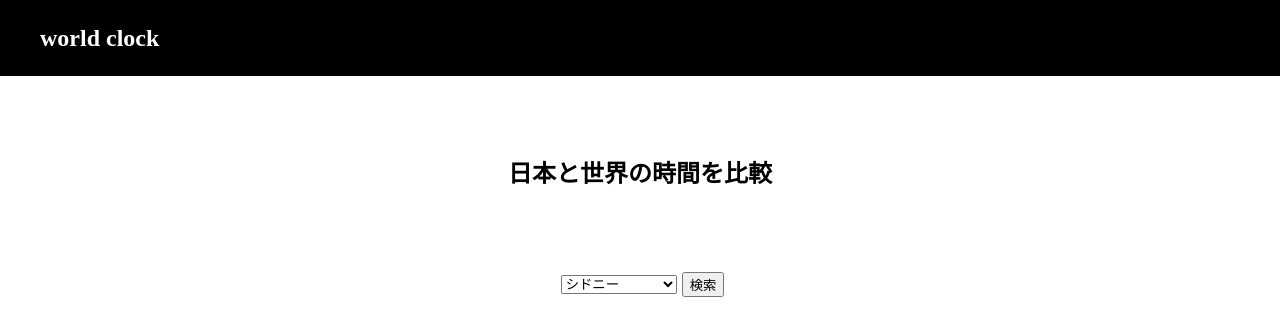
Repository: kay4300/php05-test
Page: http://localhost/
The author's editor kept a copy of each file at every save. The page is drawn from the files as they stood at one save, then again after the next save.
The browser window is 1280 px wide. The pictures show the whole page.
The page is run by PHP 8.4 with error messages shown; the project is at /var/www/html/.

Above is the page before, as saved 2025-08-15 13:37:26.

### src/php02/index.php
<!DOCTYPE html>
<html lang="en">

<head>
    <meta charset="UTF-8">
    <meta http-equiv="X-UA-Compatible" content="IE=edge">
    <meta name="viewport" content="width=device-width, initial-scale=1.0">
    <title>Document</title>
    <link rel="stylesheet" href="css/sanitize.css">
    <link rel="stylesheet" href="css/common.css">
    <link rel="stylesheet" href="css/index.css">
</head>

<body>
    <header class="header">
        <div class="header_inner">
            <a class="header_logo" href="/php02/index.php">
                world clock
            </a>
        </div>
    </header>

    <main>
        <div class="search-form_content">
            <h2 class="search-form_content-title">日本と世界の時間を比較</h2>
        </div>
        <form class="search-form" action="result.php" method="GET">
               <div class="search-form_item">
                   <select class="search-form_item-select" name="city">
                        <option value="シドニー">シドニー</option>
                        <option value="上海">上海</option>
                        <option value="モスクワ">モスクワ</option>
                        <option value="ロンドン">ロンドン</option>
                        <option value="ヨハネスブルグ">ヨハネスブルグ</option>
                        < option value="ニューヨーク">ニューヨーク</option>
                    </select>
                </div>
                <div class="search-form_button">
                    <button class="search-form_button-submit" type="submit">検索</button>
                </div>
        </form>
    </main>

</body>

</html>

### src/php02/css/sanitize.css
/* Document
* ========================================================================== */

/**
* Add border box sizing in all browsers (opinionated).
*/

*,
::before,
::after {
    box-sizing: border-box;
}

/**
* 1. Add text decoration inheritance in all browsers (opinionated).
* 2. Add vertical alignment inheritance in all browsers (opinionated).
*/

::before,
::after {
    vertical-align: inherit;
    /* 2 */
    text-decoration: inherit;
    /* 1 */
}

/**
* 1. Use the default cursor in all browsers (opinionated).
* 2. Change the line height in all browsers (opinionated).
* 3. Use a 4-space tab width in all browsers (opinionated).
* 4. Remove the grey highlight on links in iOS (opinionated).
* 5. Prevent adjustments of font size after orientation changes in
*    IE on Windows Phone and in iOS.
* 6. Breaks words to prevent overflow in all browsers (opinionated).
*/

html {
    word-break: break-word;
    /* 6 */
    -moz-tab-size: 4;
    /* 3 */
    tab-size: 4;
    /* 3 */
    line-height: 1.5;
    /* 2 */
    cursor: default;
    /* 1 */

    -webkit-tap-highlight-color: transparent
        /* 4 */
    ;
    -ms-text-size-adjust: 100%;
    /* 5 */
    -webkit-text-size-adjust: 100%;
    /* 5 */
}

/* Sections
* ========================================================================== */

/**
* Remove the margin in all browsers (opinionated).
*/

body {
    margin: 0;
}

/**
* Correct the font size and margin on `h1` elements within `section` and
* `article` contexts in Chrome, Edge, Firefox, and Safari.
*/

h1 {
    margin: 0.67em 0;
    font-size: 2em;
}

/* Grouping content
* ========================================================================== */

/**
* Remove the margin on nested lists in Chrome, Edge, IE, and Safari.
*/

dl dl,
dl ol,
dl ul,
ol dl,
ul dl {
    margin: 0;
}

/**
* Remove the margin on nested lists in Edge 18- and IE.
*/

ol ol,
ol ul,
ul ol,
ul ul {
    margin: 0;
}

/**
* 1. Add the correct sizing in Firefox.
* 2. Show the overflow in Edge 18- and IE.
*/

hr {
    overflow: visible;
    /* 2 */
    height: 0;
    /* 1 */
}

/**
* Add the correct display in IE.
*/

main {
    display: block;
}

/**
* Remove the list style on navigation lists in all browsers (opinionated).
*/

nav ol,
nav ul {
    padding: 0;
    list-style: none;
}

/**
* 1. Correct the inheritance and scaling of font size in all browsers.
* 2. Correct the odd `em` font sizing in all browsers.
*/

pre {
    font-size: 1em;
    /* 2 */
    font-family: monospace, monospace;
    /* 1 */
}

/* Text-level semantics
* ========================================================================== */

/**
* Remove the gray background on active links in IE 10.
*/

a {
    background-color: transparent;
}

/**
* Add the correct text decoration in Edge 18-, IE, and Safari.
*/

abbr[title] {
    text-decoration: underline;
    text-decoration: underline dotted;
}

/**
* Add the correct font weight in Chrome, Edge, and Safari.
*/

b,
strong {
    font-weight: bolder;
}

/**
* 1. Correct the inheritance and scaling of font size in all browsers.
* 2. Correct the odd `em` font sizing in all browsers.
*/

code,
kbd,
samp {
    font-size: 1em;
    /* 2 */
    font-family: monospace, monospace;
    /* 1 */
}

/**
* Add the correct font size in all browsers.
*/

small {
    font-size: 80%;
}

/* Embedded content
* ========================================================================== */

/*
* Change the alignment on media elements in all browsers (opinionated).
*/

audio,
canvas,
iframe,
img,
svg,
video {
    vertical-align: middle;
}

/**
* Add the correct display in IE 9-.
*/

audio,
video {
    display: inline-block;
}

/**
* Add the correct display in iOS 4-7.
*/

audio:not([controls]) {
    display: none;
    height: 0;
}

/**
* Remove the border on iframes in all browsers (opinionated).
*/

iframe {
    border-style: none;
}

/**
* Remove the border on images within links in IE 10-.
*/

img {
    border-style: none;
}

/**
* Change the fill color to match the text color in all browsers (opinionated).
*/

svg:not([fill]) {
    fill: currentColor;
}

/**
* Hide the overflow in IE.
*/

svg:not(:root) {
    overflow: hidden;
}

/* Tabular data
* ========================================================================== */

/**
* Collapse border spacing in all browsers (opinionated).
*/

table {
    border-collapse: collapse;
}

/* Forms
* ========================================================================== */

/**
* Remove the margin on controls in Safari.
*/

button,
input,
select {
    margin: 0;
}

/**
* 1. Show the overflow in IE.
* 2. Remove the inheritance of text transform in Edge 18-, Firefox, and IE.
*/

button {
    overflow: visible;
    /* 1 */
    text-transform: none;
    /* 2 */
}

/**
* Correct the inability to style buttons in iOS and Safari.
*/

button,
[type="button"],
[type="reset"],
[type="submit"] {
    -webkit-appearance: button;
}

/**
* 1. Change the inconsistent appearance in all browsers (opinionated).
* 2. Correct the padding in Firefox.
*/

fieldset {
    padding: 0.35em 0.75em 0.625em;
    /* 2 */
    border: 1px solid #a0a0a0;
    /* 1 */
}

/**
* Show the overflow in Edge 18- and IE.
*/

input {
    overflow: visible;
}

/**
* 1. Correct the text wrapping in Edge 18- and IE.
* 2. Correct the color inheritance from `fieldset` elements in IE.
*/

legend {
    display: table;
    /* 1 */
    max-width: 100%;
    /* 1 */
    color: inherit;
    /* 2 */
    white-space: normal;
    /* 1 */
}

/**
* 1. Add the correct display in Edge 18- and IE.
* 2. Add the correct vertical alignment in Chrome, Edge, and Firefox.
*/

progress {
    display: inline-block;
    /* 1 */
    vertical-align: baseline;
    /* 2 */
}

/**
* Remove the inheritance of text transform in Firefox.
*/

select {
    text-transform: none;
}

/**
* 1. Remove the margin in Firefox and Safari.
* 2. Remove the default vertical scrollbar in IE.
* 3. Change the resize direction in all browsers (opinionated).
*/

textarea {
    overflow: auto;
    /* 2 */
    margin: 0;
    /* 1 */
    resize: vertical;
    /* 3 */
}

/**
* Remove the padding in IE 10-.
*/

[type="checkbox"],
[type="radio"] {
    padding: 0;
}

/**
* 1. Correct the odd appearance in Chrome, Edge, and Safari.
* 2. Correct the outline style in Safari.
*/

[type="search"] {
    outline-offset: -2px;
    /* 2 */

    -webkit-appearance: textfield;
    /* 1 */
}

/**
* Correct the cursor style of increment and decrement buttons in Safari.
*/

::-webkit-inner-spin-button,
::-webkit-outer-spin-button {
    height: auto;
}

/**
* Correct the text style of placeholders in Chrome, Edge, and Safari.
*/

::-webkit-input-placeholder {
    color: inherit;
    opacity: 0.54;
}

/**
* Remove the inner padding in Chrome, Edge, and Safari on macOS.
*/

::-webkit-search-decoration {
    -webkit-appearance: none;
}

/**
* 1. Correct the inability to style upload buttons in iOS and Safari.
* 2. Change font properties to `inherit` in Safari.
*/

::-webkit-file-upload-button {
    font: inherit;
    /* 2 */

    -webkit-appearance: button;
    /* 1 */
}

/**
* Remove the inner border and padding of focus outlines in Firefox.
*/

::-moz-focus-inner {
    padding: 0;
    border-style: none;
}

/**
* Restore the focus outline styles unset by the previous rule in Firefox.
*/

:-moz-focusring {
    outline: 1px dotted ButtonText;
}

/**
* Remove the additional :invalid styles in Firefox.
*/

:-moz-ui-invalid {
    box-shadow: none;
}

/* Interactive
* ========================================================================== */

/*
* Add the correct display in Edge 18- and IE.
*/

details {
    display: block;
}

/*
* Add the correct styles in Edge 18-, IE, and Safari.
*/

dialog {
    position: absolute;
    right: 0;
    left: 0;
    display: block;
    margin: auto;
    padding: 1em;
    width: -moz-fit-content;
    width: -webkit-fit-content;
    width: fit-content;
    height: -moz-fit-content;
    height: -webkit-fit-content;
    height: fit-content;
    border: solid;
    background-color: white;
    color: black;
}

dialog:not([open]) {
    display: none;
}

/*
* Add the correct display in all browsers.
*/

summary {
    display: list-item;
}

/* Scripting
* ========================================================================== */

/**
* Add the correct display in IE 9-.
*/

canvas {
    display: inline-block;
}

/**
* Add the correct display in IE.
*/

template {
    display: none;
}

/* User interaction
* ========================================================================== */

/*
* 1. Remove the tapping delay in IE 10.
* 2. Remove the tapping delay on clickable elements
in all browsers (opinionated).
*/

a,
area,
button,
input,
label,
select,
summary,
textarea,
[tabindex] {
    -ms-touch-action: manipulation;
    /* 1 */
    touch-action: manipulation;
    /* 2 */
}

/**
* Add the correct display in IE 10-.
*/

[hidden] {
    display: none;
}

/* Accessibility
* ========================================================================== */

/**
* Change the cursor on busy elements in all browsers (opinionated).
*/

[aria-busy="true"] {
    cursor: progress;
}

/*
* Change the cursor on control elements in all browsers (opinionated).
*/

[aria-controls] {
    cursor: pointer;
}

/*
* Change the cursor on disabled, not-editable, or otherwise
* inoperable elements in all browsers (opinionated).
*/

[aria-disabled="true"],
[disabled] {
    cursor: not-allowed;
}

/*
* Change the display on visually hidden accessible elements
* in all browsers (opinionated).
*/

[aria-hidden="false"][hidden] {
    display: initial;
}

[aria-hidden="false"][hidden]:not(:focus) {
    position: absolute;
    clip: rect(0, 0, 0, 0);
}

### src/php02/css/common.css
.header {
    background: #000;
}

.header_inner {
    margin: 0 auto;
    padding: 20px 15px;
    max-width: 1230px;
}

.header_logo {
    color: #fff;
    text-decoration: none;
    font-weight: bold;
    font-size: 24px;
}

### src/php02/css/index.css
.search-form_content {
    margin: 0 auto;
    padding: 60px 15px;
    max-width: 1230px;
}

.search-form_content-title {
    text-align: center;
}

.search-form {
    display: flex;
    justify-content: center;
}

.search-form_item {
    padding: 0 5px;
    width: ;
}

After the next save:
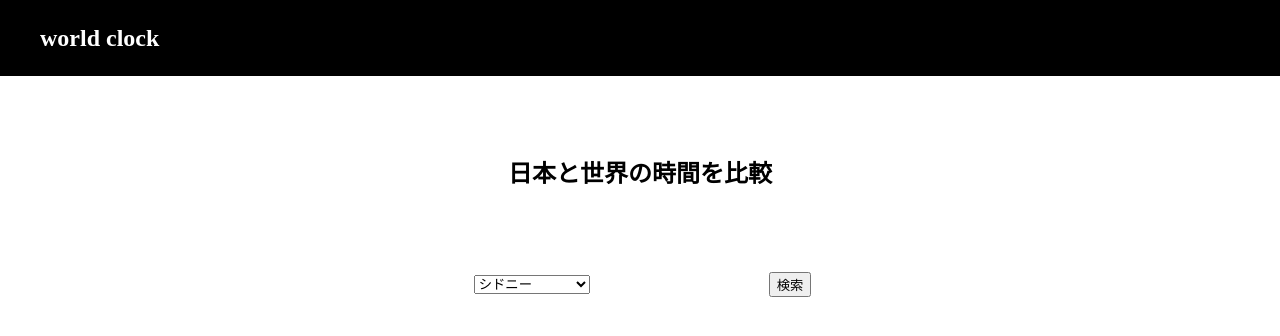
Saved 4 s later.
--- a/src/php02/css/index.css
+++ b/src/php02/css/index.css
@@ -15,5 +15,5 @@
 
 .search-form_item {
     padding: 0 5px;
-    width: ;
+    width: 300px;
 }
